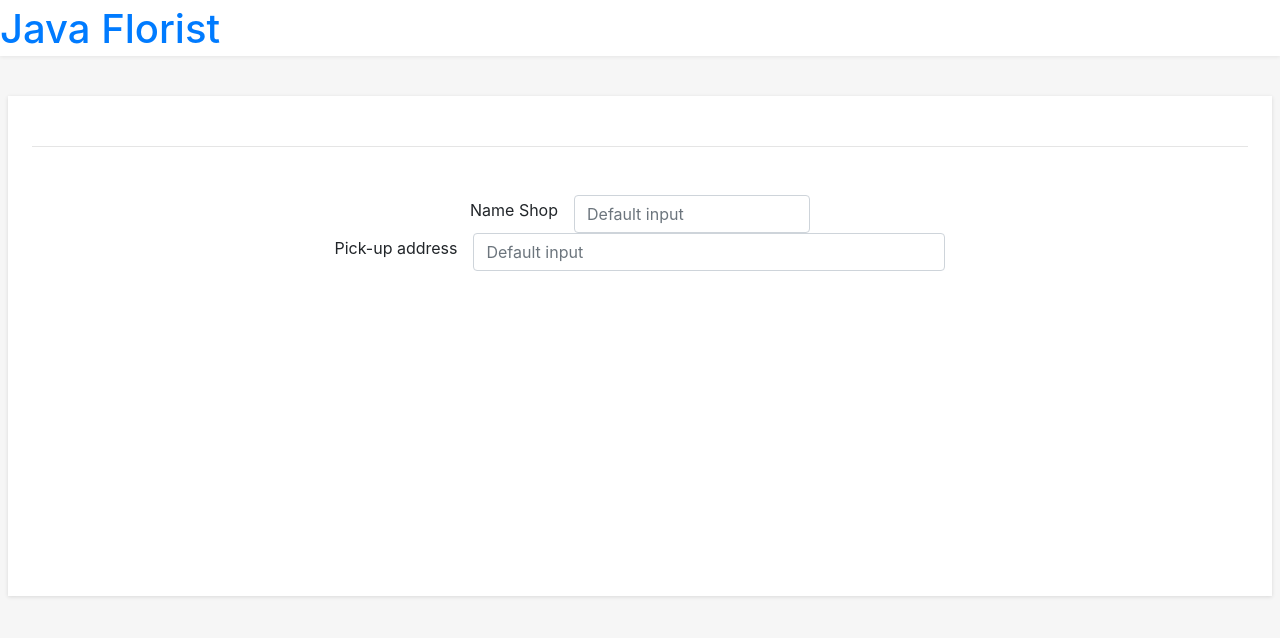
Repository: hienttm/flower-java-florist
Page: JavaFlorist/JavaFlorist/wwwroot/BecomePartner/index.html
An editor plug-in stored every save of this project. The page is shown before and after the next save, followed by the edit.
The browser window is 1280 px wide. The pictures show the whole page.
Some web libraries are served in a nearby version.

Above is the page before, as saved 2023-12-29 17:52:00.

After the next save:
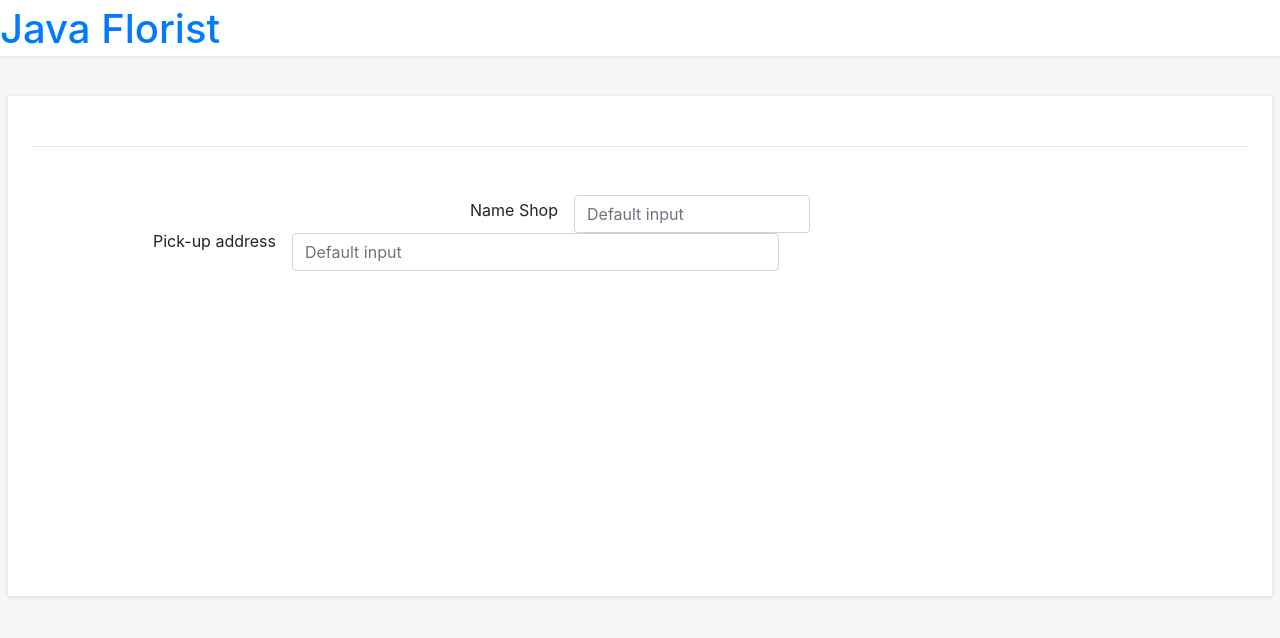
Saved 7 s later.
--- a/JavaFlorist/JavaFlorist/wwwroot/BecomePartner/index.html
+++ b/JavaFlorist/JavaFlorist/wwwroot/BecomePartner/index.html
@@ -35,7 +35,7 @@
                                     <input class="form-control w-25" type="text" placeholder="Default input">
                                 </div>
 
-                                <div class="onboarding-form-item d-flex align-items-center justify-content-center">
+                                <div class="onboarding-form-item form-group row">
                                     <label class="pr-3" for="">Pick-up address</label>
                                     <input class="form-control w-50" type="text" placeholder="Default input">
                                 </div>
